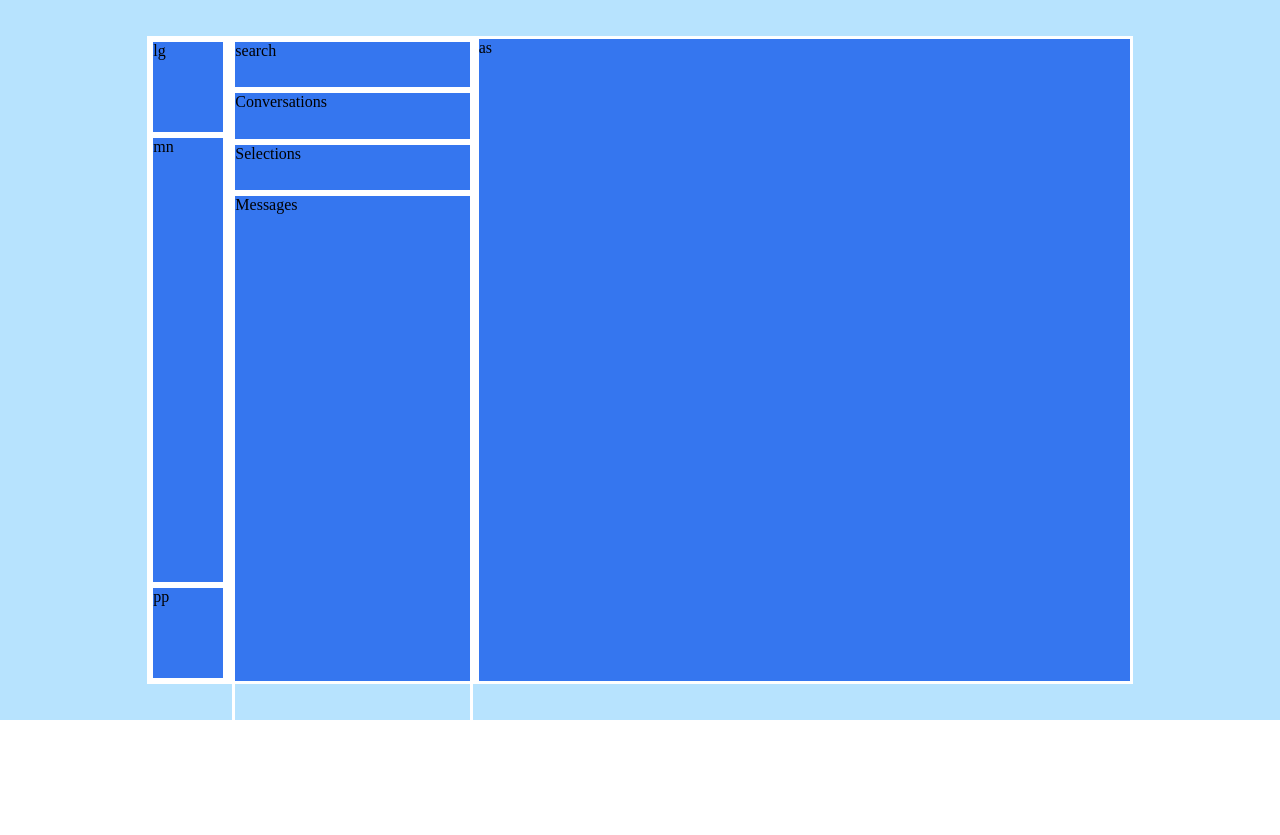
Repository: arafat877/super-chat
Page: /
The author's editor kept a copy of each file at every save. The page is drawn from the files as they stood at one save, then again after the next save.
The browser window is 1280 px wide. The pictures show the whole page.
The project was rebuilt for these pictures with package versions that can differ from the ones it lists, and the page was loaded fresh each time. Also part of the build but not shown: src/App.scss.

Above is the page before, as saved 2020-08-05 14:49:44.

After the next save:
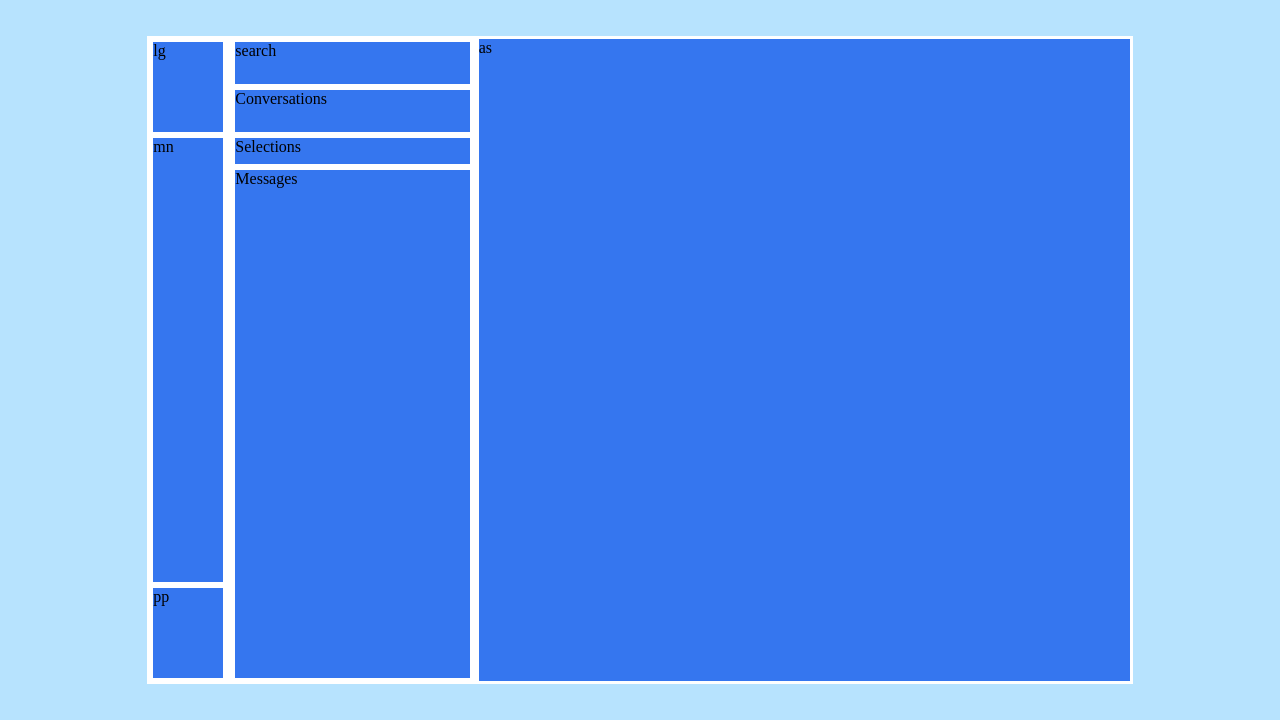
Saved 38 s later.
--- a/src/App.js
+++ b/src/App.js
@@ -47,19 +47,19 @@ const useStyles = makeStyles((theme) => ({
   },
   c2Search:{
     border: "solid white",
-    height: "8%",
+    height: "7.5%",
   },
   c2Conv:{
     border: "solid white",
-    height: "8%",
+    height: "7.5%",
   },
   c2Select:{
     border: "solid white",
-    height: "8%",
+    height: "5%",
   },
   c2Messages:{
     border: "solid white",
-    height: "100%",
+    height: "80%",
   }
 }));
 
